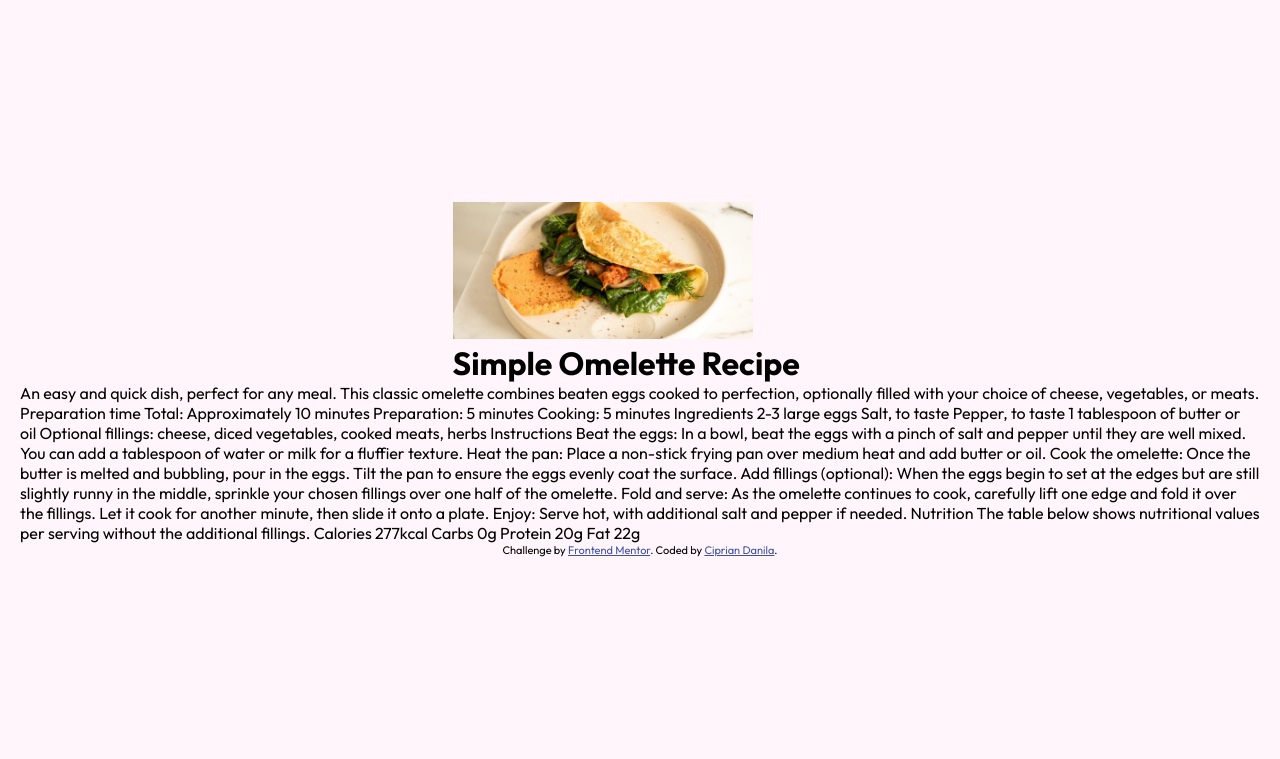
Repository: cipdanila/recipe-page
Page: index.html
The author's editor kept a copy of each file at every save. The page is drawn from the files as they stood at one save, then again after the next save.
The browser window is 1280 px wide. The pictures show the whole page.

Above is the page before, as saved 2024-01-21 14:30:11.

After the next save:
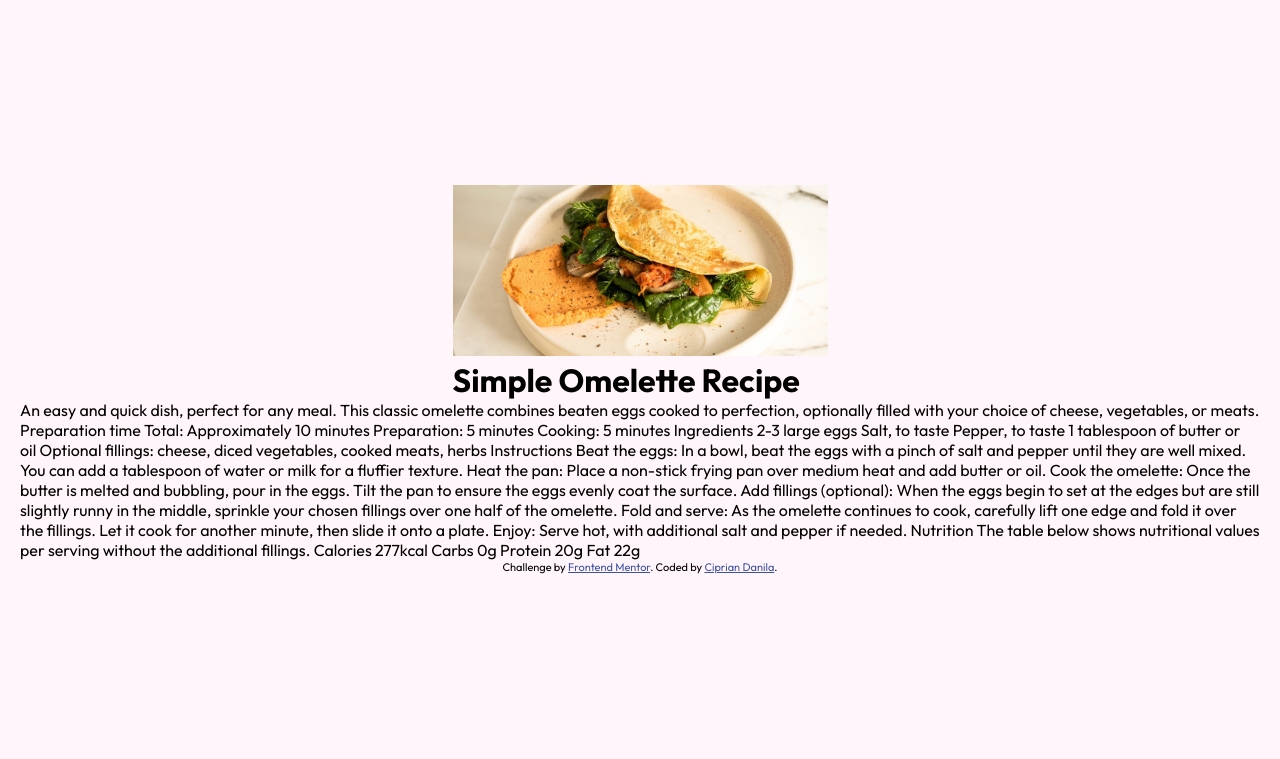
Saved 85 s later.
--- a/styles.css
+++ b/styles.css
@@ -32,7 +32,7 @@
 }
 
 img {
-    max-width: 80%;
+    max-width: 100%;
 }
 
 .attribution {
